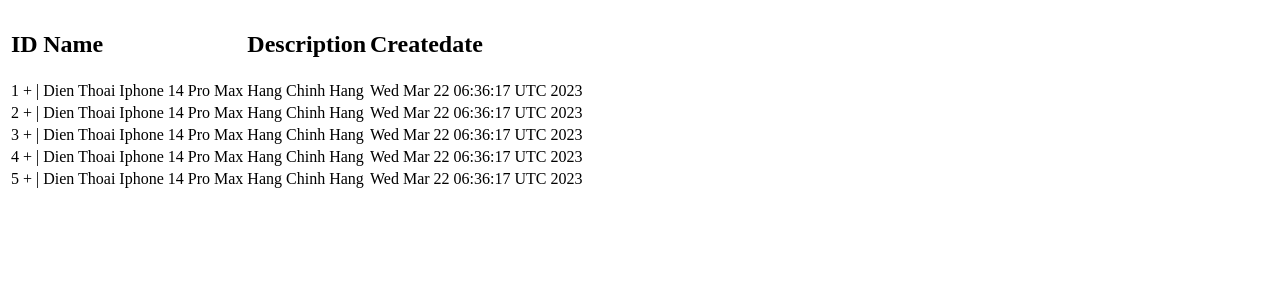
Repository: saiyagodvp/_java4
Page: http://localhost/slide4/product
These files come from the project's save history. The page is drawn as it stood at one moment and after the next save; the edit follows.
The browser window is 1280 px wide. The pictures show the whole page.
The page is served by Tomcat 9. Other server files are loaded and not shown.

Above is the page before, as saved 2023-03-24 10:54:15.

### slide4/src/main/webapp/product/list.jsp
<%@page import="org.apache.jasper.tagplugins.jstl.core.ForEach"%>
<%@ page language="java" contentType="text/html; charset=UTF-8"
	pageEncoding="UTF-8"%>

<%@page import="java.util.List"%>
<%@page import="model.Product "%>
<%@taglib uri="http://java.sun.com/jsp/jstl/core" prefix="c"%>
<!DOCTYPE html>
<html>
<head>
<meta charset="UTF-8">
<title>Insert title here</title>
</head>
<body>
	<%-- <%
		List<Product> products = (List<Product>) request.getAttribute("listproducts");
		for (Product p : products){
			response.getWriter().print(p.getName());
		}
	%> --%>

	<!-- &nbsp -->

	<table>
		<thead>
			<td><h2>ID</h2></td>
			<td><h2>Name</h2></td>
			<td><h2>Description</h2></td>
			<td><h2>Createdate</h2></td>
		</thead>
		<tbody>
			<c:forEach items="${listProducts}" var="p">
				<tr>
					<td>${p.id}  + |</td>
					<td>${p.name}</td>
					<td>${p.description}</td>
					<td>${p.createdate}</td>
				</tr>
			</c:forEach>
		</tbody>
	</table>
</body>
</html>

### slide4/src/main/java/controller/ProductController.java
package controller;

import java.io.IOException;
import java.util.ArrayList;
import java.util.Date;
import java.util.List;
import model.Product;
import javax.servlet.ServletException;
import javax.servlet.annotation.WebServlet;
import javax.servlet.http.HttpServlet;
import javax.servlet.http.HttpServletRequest;
import javax.servlet.http.HttpServletResponse;


@WebServlet("/product")
public class ProductController extends HttpServlet {
	private static final long serialVersionUID = 1L;

	public ProductController() {
		super();
		// TODO Auto-generated constructor stub
	}

	protected void doGet(HttpServletRequest request, HttpServletResponse response)
			throws ServletException, IOException {
		List<Product> p = new ArrayList<>();
		p.add(new Product(1, "Dien Thoai Iphone 14 Pro Max", "Hang Chinh Hang", new Date()));
		p.add(new Product(2, "Dien Thoai Iphone 14 Pro Max", "Hang Chinh Hang", new Date()));
		p.add(new Product(3, "Dien Thoai Iphone 14 Pro Max", "Hang Chinh Hang", new Date()));
		p.add(new Product(4, "Dien Thoai Iphone 14 Pro Max", "Hang Chinh Hang", new Date()));
		p.add(new Product(5, "Dien Thoai Iphone 14 Pro Max", "Hang Chinh Hang", new Date()));
		request.setAttribute("listProducts", p);
		request.getRequestDispatcher("/product/list.jsp").forward(request, response);
	}

	protected void doPost(HttpServletRequest request, HttpServletResponse response)
			throws ServletException, IOException {

	}

}

### slide4/src/main/java/model/Product.java
package model;

import java.util.Date;

public class Product {
	private int id;
	private String name;
	private String description;
	private Date createdate;

	public Product() {
		super();
	}

	public Product(int id, String name, String description, Date createdate) {
		super();
		this.id = id;
		this.name = name;
		this.description = description;
		this.createdate = createdate;
	}

	public int getId() {
		return id;
	}

	public void setId(int id) {
		this.id = id;
	}

	public String getName() {
		return name;
	}

	public void setName(String name) {
		this.name = name;
	}

	public String getDescription() {
		return description;
	}

	public void setDescription(String description) {
		this.description = description;
	}

	public Date getCreatedate() {
		return createdate;
	}

	public void setCreatedate(Date createdate) {
		this.createdate = createdate;
	}

}

After the next save:
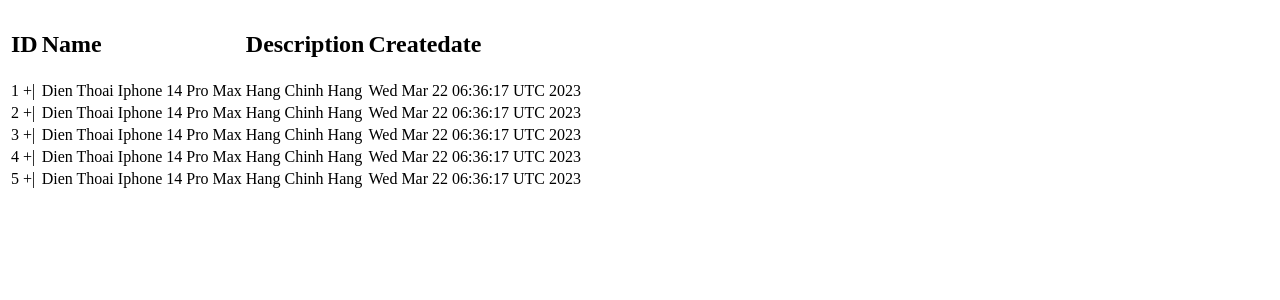
Saved 9 s later.
--- a/slide4/src/main/webapp/product/list.jsp
+++ b/slide4/src/main/webapp/product/list.jsp
@@ -31,7 +31,7 @@
 		<tbody>
 			<c:forEach items="${listProducts}" var="p">
 				<tr>
-					<td>${p.id}  + |</td>
+					<td>${p.id}  +|</td>
 					<td>${p.name}</td>
 					<td>${p.description}</td>
 					<td>${p.createdate}</td>
